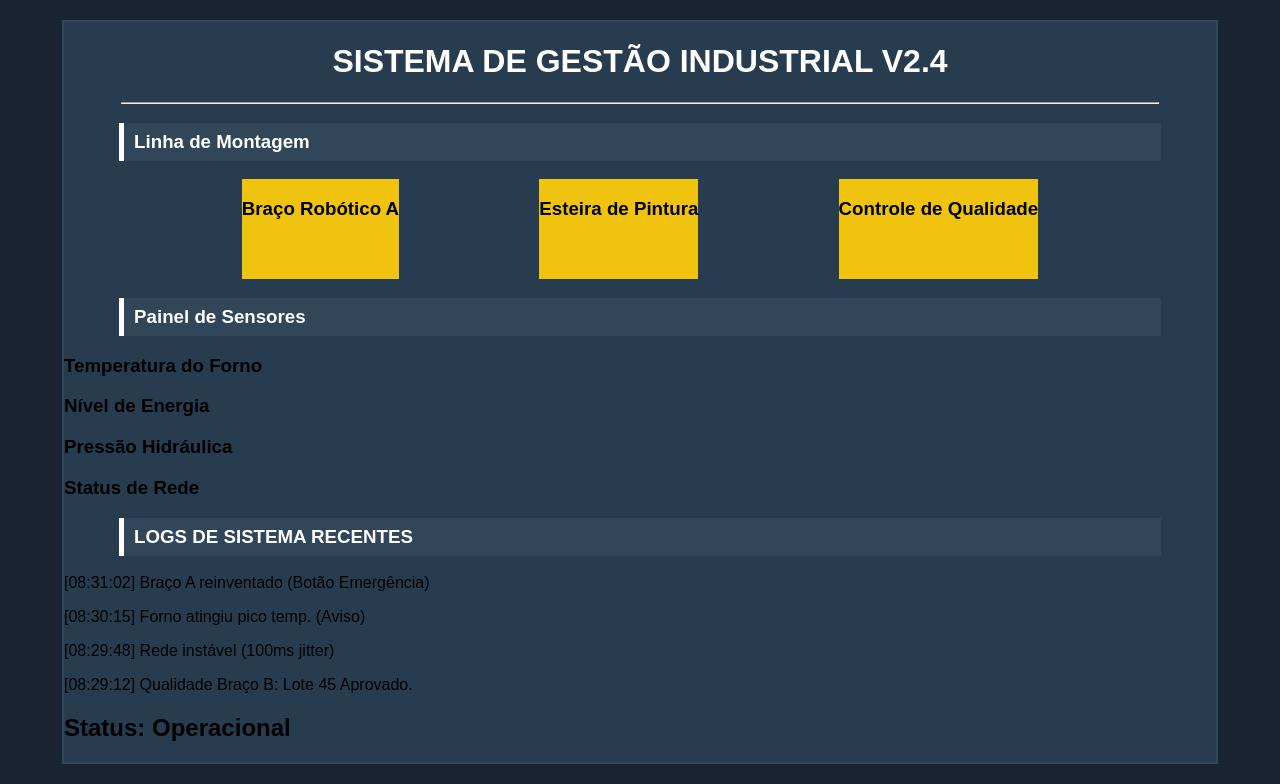
Repository: DanielEDapper/Front-WEG
Page: ProfeIgor/Aula5 - Dashboard Industrial/index.html
These files come from the project's save history. The page is drawn as it stood at one moment and after the next save; the edit follows.
The browser window is 1280 px wide. The pictures show the whole page.
Some icons come from a web library that is not loaded, so they are not drawn.

Above is the page before, as saved 2026-05-29 19:35:03.

### ProfeIgor/Aula5 - Dashboard Industrial/index.html
<!DOCTYPE html>
<html lang="en">
<head>
    <meta charset="UTF-8">
    <meta name="viewport" content="width=device-width, initial-scale=1.0">
    <link rel="stylesheet" href="style.css">
    <link rel='stylesheet' href='https://cdn-uicons.flaticon.com/4.0.0/uicons-bold-straight/css/uicons-bold-straight.css'>
    <title>Sistema de gestão Industrial</title>
</head>
<body>
    <div id="wrapper">
        <div id="header">
            <h1>SISTEMA DE GESTÃO INDUSTRIAL V2.4</h1>
        </div>
        <hr>
        <div id="main">
            <div class="container-main">

                <div class="titulo-sessao">
                    <h3>Linha de Montagem</h3>
                </div>
                <div class="container-montagem">
                    <div class="card">
                        <h3>Braço Robótico A</h3>
                        <i class="fi fi-bs-thumbtack"></i>
                    </div>
                    <div class="card">
                        <h3>Esteira de Pintura</h3>
                        <i class="fi fi-bs-arrow-right"></i>
                    </div>
                    <div class="card">
                        <h3>Controle de Qualidade</h3>
                        <i class="fi fi-bs-medal"></i>
                    </div>
                </div>


                <div class="titulo-sessao">
                    <h3>Painel de Sensores</h3>
                </div>
                <div class="container-sensores">
                    <div>
                        <h3>Temperatura do Forno</h3>
                        <i class="fi fi-bs-temperature-high"></i>
                    </div>
                    <div>
                        <h3>Nível de Energia</h3>
                        <i class="fi fi-bs-battery-half"></i>
                    </div>
                    <div>
                        <h3>Pressão Hidráulica</h3>
                        <i class="fi fi-bs-dashboard"></i>
                    </div>
                    <div>
                        <h3>Status de Rede</h3>
                        <i class="fi fi-bs-workflow-setting-alt"></i>
                    </div>
                </div>


                <div class="titulo-sessao">
                    <h3>LOGS DE SISTEMA RECENTES</h3>
                </div>
                <div class="container-logs">
                    <p>[08:31:02] Braço A reinventado (Botão Emergência)</p>
                    <p>[08:30:15] Forno atingiu pico temp. (Aviso)<p>
                    <p>[08:29:48] Rede instável (100ms jitter)</p>
                    <p>[08:29:12] Qualidade Braço B: Lote 45 Aprovado.</p>
                </div>
            </div>
        </div>
        <div id="footer">
            <h2>Status: Operacional</h2>
        </div>
    </div>
</body>
</html>

### ProfeIgor/Aula5 - Dashboard Industrial/style.css
:root{
    --bg-dark: #192332;
    --bg-main: #283C50;
    --bg-panel: #32465A;

    --warning: #F0C30F;
    --danger: #BE3728;
    --success: #2ECC71;

    --log-bg: #D2E6F5;

    --text: #FFFFFF;
    --text-secondary: #99A3AB;

    --accent-blue: #638CAB;
}

body{
    margin: 0;
    padding: 0;
    background-color: var(--bg-dark);
}

#wrapper{
    font-family: Arial, Helvetica, sans-serif;
    height: 90%;
    width: 90%;
    background-color: var(--bg-main);
    border: 2px solid var(--bg-panel);
    margin: 20px;
    justify-self: center;
}

#header{
    color: var(--text);
    text-align: center;
}

hr{
    width: 90%;
    font-weight: 400;
}

.titulo-sessao{
    background-color: var(--bg-panel);
    color: var(--text);
    width: 90%;
    justify-self: center;
    border-left: 5px solid var(--text);
}

.titulo-sessao h3{
    padding: 8px 0px 8px 10px;
}

.container-montagem{
    display: flex;
    width: 90%;
    justify-self: center;
    flex-basis: 400;
    height: 100px;
    justify-content: space-evenly;
    gap: 20px;
}

.card{
    background-color: var(--warning);
}

After the next save:
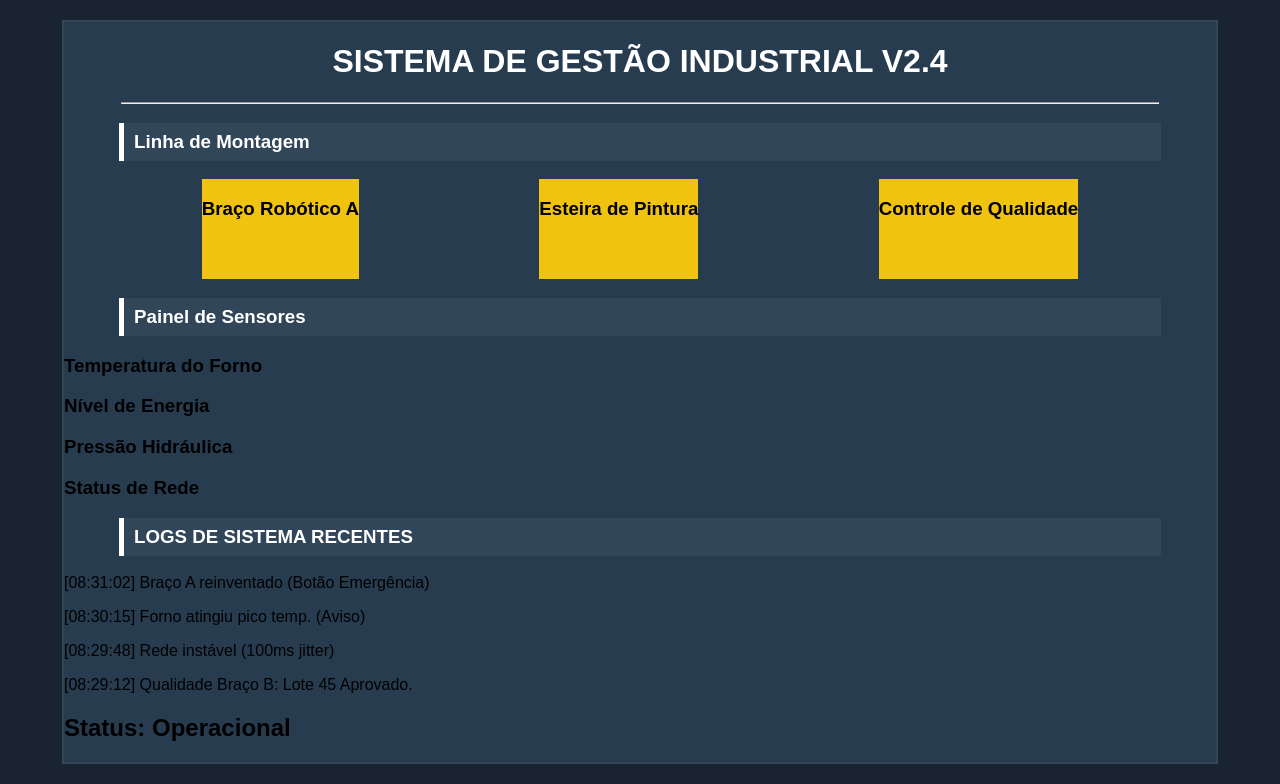
Saved 4 s later.
--- a/ProfeIgor/Aula5 - Dashboard Industrial/style.css
+++ b/ProfeIgor/Aula5 - Dashboard Industrial/style.css
@@ -59,7 +59,7 @@ hr{
     justify-self: center;
     flex-basis: 400;
     height: 100px;
-    justify-content: space-evenly;
+    justify-content: space-around;
     gap: 20px;
 }
 
